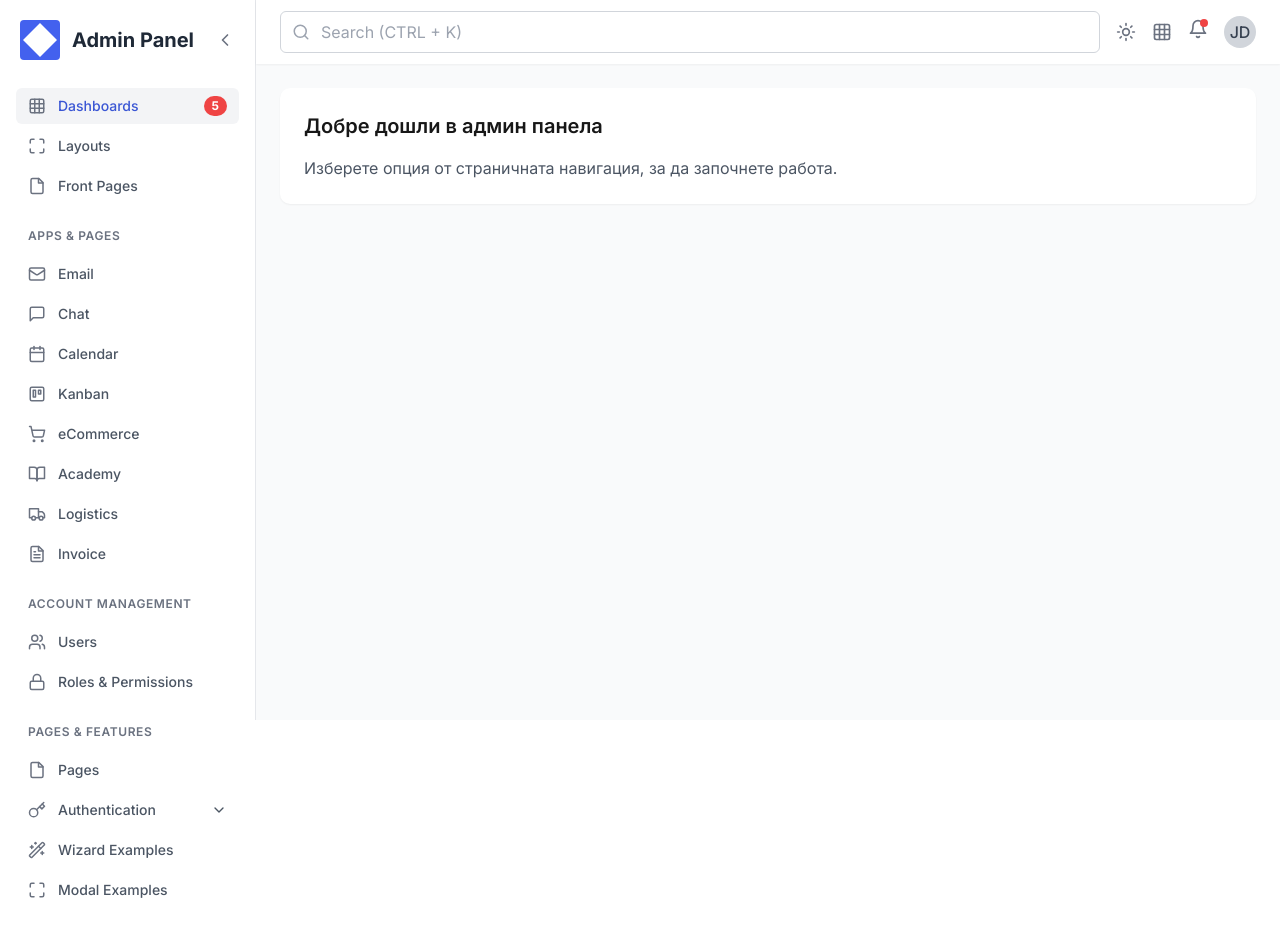
Repository: StoyanStoyanov1/DHS-Team
Page: / (app in dhs-admin-panel/)
The author's editor kept a copy of each file at every save. The page is drawn from the files as they stood at one save, then again after the next save.
The browser window is 1280 px wide. The pictures show the whole page.
The project was rebuilt for these pictures with package versions that can differ from the ones it lists, and the page was loaded fresh each time. The framework's server and built-in components were replaced by stand-ins that run in the browser. Also part of the build but not shown: dhs-admin-panel/next.config.ts.

Above is the page before, as saved 2025-04-23 08:44:20.

### dhs-admin-panel/src/app/layout.tsx
import type { Metadata } from 'next';
import { Inter } from 'next/font/google';
import './globals.css';
import DashboardLayout from './components/Layout';

const inter = Inter({ subsets: ['latin'] });

export const metadata: Metadata = {
    title: 'Admin Dashboard',
    description: 'NextJS Admin Dashboard',
};

export default function RootLayout({
                                       children,
                                   }: {
    children: React.ReactNode
}) {
    return (
        <html lang="en">
        <body className={inter.className}>
        <DashboardLayout>
            {children}
        </DashboardLayout>
        </body>
        </html>
    );
}

### dhs-admin-panel/src/app/globals.css
@tailwind base;
@tailwind components;
@tailwind utilities;

:root {
  --background: #ffffff;
  --foreground: #171717;
}

@theme inline {
  --color-background: var(--background);
  --color-foreground: var(--foreground);
  --font-sans: var(--font-geist-sans);
  --font-mono: var(--font-geist-mono);
}

@media (prefers-color-scheme: dark) {
  :root {
    --background: #0a0a0a;
    --foreground: #ededed;
  }
}

html, body {
  background: var(--background);
  color: var(--foreground);
  font-family: Arial, Helvetica, sans-serif;
  height: 100%;
  width: 100%;
  margin: 0;
  padding: 0;
}

.auth-page-container {
  min-height: 100vh;
  display: flex;
  flex-direction: column;
}

/* Максимална широчина на контейнера за auth страниците */
.auth-page-container > div {
  max-width: 480px;
  width: 100%;
}

/* Адаптивност при по-големи екрани */
@media (min-width: 1280px) {
  .auth-page-container > div {
    max-width: 520px;
  }
}

@media (min-width: 1536px) {
  .auth-page-container > div {
    max-width: 580px;
  }
}

### dhs-admin-panel/src/app/components/Layout.tsx
'use client';

import { useState, ReactNode } from 'react';
import { usePathname } from 'next/navigation';
import Header from './Header';
import Sidebar from './Sidebar';

interface DashboardLayoutProps {
    children: ReactNode;
}

const Layout: React.FC<DashboardLayoutProps> = ({ children }) => {
    const [activeSection, setActiveSection] = useState<string>('dashboards');
    const [isSidebarCollapsed, setIsSidebarCollapsed] = useState(false);
    const pathname = usePathname();

    const isAuthPage = pathname?.startsWith('/auth');

    if (isAuthPage) {
        return <>{children}</>;
    }

    return (
        <div className="flex h-screen bg-gray-50">
            <Sidebar
                activeSection={activeSection}
                setActiveSection={setActiveSection}
                isCollapsed={isSidebarCollapsed}
                toggleCollapse={() => setIsSidebarCollapsed(!isSidebarCollapsed)}
            />

            <div className="flex-1">
                <Header />

                <main className="p-6 mx-auto w-full">
                    <div className="max-w-7xl mx-auto w-full">
                        {children}
                    </div>
                </main>
            </div>
        </div>
    );
};

export default Layout;

### dhs-admin-panel/src/app/components/Header.tsx
'use client';

import React from 'react';
import { Sun, Grid, Bell } from 'lucide-react';
import SearchBar from './SearchBar';

const Header: React.FC = () => {
    return (
        <header className="bg-white shadow-sm h-16 flex items-center px-6">
            <div className="max-w-7xl mx-auto w-full flex items-center">
                <SearchBar />
                <div className="flex items-center space-x-4 ml-4">
                    <button className="text-gray-500 hover:text-gray-700">
                        <Sun size={20} />
                    </button>
                    <button className="text-gray-500 hover:text-gray-700">
                        <Grid size={20} />
                    </button>
                    <div className="relative">
                        <button className="text-gray-500 hover:text-gray-700">
                            <Bell size={20} />
                        </button>
                        <div className="absolute top-0 right-0 w-2 h-2 bg-red-500 rounded-full"></div>
                    </div>
                    <div className="w-8 h-8 rounded-full bg-gray-300 flex items-center justify-center text-gray-700 font-medium">
                        JD
                    </div>
                </div>
            </div>
        </header>
    );
};

export default Header;

### dhs-admin-panel/src/app/components/Sidebar.tsx
'use client';

import React, { useState, useEffect } from 'react';
import {
    Grid,
    Mail,
    MessageSquare,
    Calendar,
    Trello,
    ShoppingCart,
    BookOpen,
    Truck,
    FileText,
    Users,
    Lock,
    File,
    Key,
    Wand2,
    Maximize,
    ChevronLeft,
    ChevronRight,
    LogIn,
    UserPlus,
    ChevronDown,
    ChevronUp
} from 'lucide-react';
import NavItem from './NavItem';
import { useRouter, usePathname } from 'next/navigation';

interface SidebarProps {
    activeSection: string;
    setActiveSection: (section: string) => void;
    isCollapsed: boolean;
    toggleCollapse: () => void;
}

const Sidebar: React.FC<SidebarProps> = ({
    activeSection,
    setActiveSection,
    isCollapsed,
    toggleCollapse
}) => {
    const router = useRouter();
    const pathname = usePathname();
    const [isAuthOpen, setIsAuthOpen] = useState(false);

    // Check if current path is an auth path
    const isAuthPath = pathname?.startsWith('/auth');

    // Effect to auto-open auth submenu when on auth pages
    useEffect(() => {
        if (isAuthPath) {
            setIsAuthOpen(true);
        }
    }, [pathname, isAuthPath]);

    const handleAuthClick = () => {
        setIsAuthOpen(!isAuthOpen);
        if (!isAuthPath) {
            setActiveSection('authentication');
        }
    };

    const handleLoginClick = () => {
        router.push('/auth/login');
    };

    const handleRegisterClick = () => {
        router.push('/auth/register');
    };

    return (
        <div className={`bg-white border-r border-gray-200 transition-all duration-300 ${isCollapsed ? 'w-20' : 'w-64'}`}>
            {/* Logo and Title */}
            <div className="flex items-center justify-between p-5">
                <div className="flex items-center">
                    <div className="h-10 w-10 rounded bg-blue-500 flex items-center justify-center">
                        <div className="w-6 h-6 bg-white transform rotate-45"></div>
                    </div>
                    {!isCollapsed && (
                        <span className="ml-3 text-xl font-bold text-gray-800">Admin Panel</span>
                    )}
                </div>
                <button
                    onClick={toggleCollapse}
                    className="text-gray-500 hover:text-gray-700"
                >
                    {isCollapsed ? <ChevronRight size={20} /> : <ChevronLeft size={20} />}
                </button>
            </div>

            {/* Navigation */}
            <div className="px-4 py-2">
                <div className="mb-6">
                    <NavItem
                        icon={<Grid size={18} />}
                        label="Dashboards"
                        badge="5"
                        active={activeSection === 'dashboards'}
                        onClick={() => setActiveSection('dashboards')}
                        isCollapsed={isCollapsed}
                    />
                    <NavItem
                        icon={<Maximize size={18} />}
                        label="Layouts"
                        active={activeSection === 'layouts'}
                        onClick={() => setActiveSection('layouts')}
                        isCollapsed={isCollapsed}
                    />
                    <NavItem
                        icon={<File size={18} />}
                        label="Front Pages"
                        active={activeSection === 'frontpages'}
                        onClick={() => setActiveSection('frontpages')}
                        isCollapsed={isCollapsed}
                    />
                </div>

                <div className="mb-6">
                    {!isCollapsed && (
                        <div className="text-xs font-semibold text-gray-500 tracking-wider mb-3 px-3">
                            APPS & PAGES
                        </div>
                    )}
                    <NavItem
                        icon={<Mail size={18} />}
                        label="Email"
                        active={activeSection === 'email'}
                        onClick={() => setActiveSection('email')}
                        isCollapsed={isCollapsed}
                    />
                    <NavItem
                        icon={<MessageSquare size={18} />}
                        label="Chat"
                        active={activeSection === 'chat'}
                        onClick={() => setActiveSection('chat')}
                        isCollapsed={isCollapsed}
                    />
                    <NavItem
                        icon={<Calendar size={18} />}
                        label="Calendar"
                        active={activeSection === 'calendar'}
                        onClick={() => setActiveSection('calendar')}
                        isCollapsed={isCollapsed}
                    />
                    <NavItem
                        icon={<Trello size={18} />}
                        label="Kanban"
                        active={activeSection === 'kanban'}
                        onClick={() => setActiveSection('kanban')}
                        isCollapsed={isCollapsed}
                    />
                    <NavItem
                        icon={<ShoppingCart size={18} />}
                        label="eCommerce"
                        active={activeSection === 'ecommerce'}
                        onClick={() => setActiveSection('ecommerce')}
                        isCollapsed={isCollapsed}
                    />
                    <NavItem
                        icon={<BookOpen size={18} />}
                        label="Academy"
                        active={activeSection === 'academy'}
                        onClick={() => setActiveSection('academy')}
                        isCollapsed={isCollapsed}
                    />
                    <NavItem
                        icon={<Truck size={18} />}
                        label="Logistics"
                        active={activeSection === 'logistics'}
                        onClick={() => setActiveSection('logistics')}
                        isCollapsed={isCollapsed}
                    />
                    <NavItem
                        icon={<FileText size={18} />}
                        label="Invoice"
                        active={activeSection === 'invoice'}
                        onClick={() => setActiveSection('invoice')}
                        isCollapsed={isCollapsed}
                    />
                </div>

                <div className="mb-6">
                    {!isCollapsed && (
                        <div className="text-xs font-semibold text-gray-500 tracking-wider mb-3 px-3">
                            ACCOUNT MANAGEMENT
                        </div>
                    )}
                    <NavItem
                        icon={<Users size={18} />}
                        label="Users"
                        active={activeSection === 'users'}
                        onClick={() => setActiveSection('users')}
                        isCollapsed={isCollapsed}
                    />
                    <NavItem
                        icon={<Lock size={18} />}
                        label="Roles & Permissions"
                        active={activeSection === 'roles'}
                        onClick={() => setActiveSection('roles')}
                        isCollapsed={isCollapsed}
                    />
                </div>

                <div className="mb-6">
                    {!isCollapsed && (
                        <div className="text-xs font-semibold text-gray-500 tracking-wider mb-3 px-3">
                            PAGES & FEATURES
                        </div>
                    )}
                    <NavItem
                        icon={<File size={18} />}
                        label="Pages"
                        active={activeSection === 'pages'}
                        onClick={() => setActiveSection('pages')}
                        isCollapsed={isCollapsed}
                    />
                    <div className="relative">
                        <div
                            className={`flex items-center px-3 py-2 rounded-md cursor-pointer mb-1 ${isAuthPath || activeSection === 'authentication' ? 'bg-gray-100 text-blue-600' : 'text-gray-600 hover:bg-gray-50'}`}
                            onClick={handleAuthClick}
                        >
                            <div className="text-gray-500"><Key size={18} /></div>
                            {!isCollapsed && (
                                <>
                                    <span className="ml-3 text-sm font-medium">Authentication</span>
                                    <div className="ml-auto">
                                        {isAuthOpen ? <ChevronUp size={16} /> : <ChevronDown size={16} />}
                                    </div>
                                </>
                            )}
                        </div>
                        {!isCollapsed && isAuthOpen && (
                            <div className="ml-4 mt-1 space-y-1">
                                <button
                                    onClick={handleLoginClick}
                                    className={`flex items-center w-full px-3 py-2 text-sm rounded-md ${pathname === '/auth/login' ? 'bg-blue-50 text-blue-600' : 'text-gray-600 hover:bg-gray-50'}`}
                                >
                                    <LogIn size={16} className="mr-2" />
                                    Login
                                </button>
                                <button
                                    onClick={handleRegisterClick}
                                    className={`flex items-center w-full px-3 py-2 text-sm rounded-md ${pathname === '/auth/register' ? 'bg-blue-50 text-blue-600' : 'text-gray-600 hover:bg-gray-50'}`}
                                >
                                    <UserPlus size={16} className="mr-2" />
                                    Register
                                </button>
                            </div>
                        )}
                    </div>
                    <NavItem
                        icon={<Wand2 size={18} />}
                        label="Wizard Examples"
                        active={activeSection === 'wizard'}
                        onClick={() => setActiveSection('wizard')}
                        isCollapsed={isCollapsed}
                    />
                    <NavItem
                        icon={<Maximize size={18} />}
                        label="Modal Examples"
                        active={activeSection === 'modal'}
                        onClick={() => setActiveSection('modal')}
                        isCollapsed={isCollapsed}
                    />
                </div>
            </div>
        </div>
    );
};

export default Sidebar;

### dhs-admin-panel/src/app/components/SearchBar.tsx
'use client';

import React from 'react';
import { Search } from 'lucide-react';

const SearchBar: React.FC = () => {
    return (
        <div className="flex-1 relative">
        <div className="absolute inset-y-0 left-0 pl-3 flex items-center pointer-events-none">
        <Search size={18} className="text-gray-400" />
        </div>
        <input
    type="text"
    placeholder="Search (CTRL + K)"
    className="w-full pl-10 pr-4 py-2 border border-gray-300 rounded-md focus:outline-none focus:ring-1 focus:ring-blue-500 focus:border-blue-500"
        />
        </div>
);
};

export default SearchBar;

### dhs-admin-panel/src/app/components/NavItem.tsx
'use client';

import React, { ReactNode } from 'react';

interface NavItemProps {
    icon: ReactNode;
    label: string;
    badge?: string;
    active: boolean;
    onClick: () => void;
    isCollapsed: boolean;
}

const NavItem: React.FC<NavItemProps> = ({
    icon,
    label,
    badge,
    active,
    onClick,
    isCollapsed
}) => {
    return (
        <div
            className={`flex items-center px-3 py-2 rounded-md cursor-pointer mb-1 ${active ? 'bg-gray-100 text-blue-600' : 'text-gray-600 hover:bg-gray-50'}`}
            onClick={onClick}
            title={isCollapsed ? label : undefined}
        >
            <div className="text-gray-500">{icon}</div>
            {!isCollapsed && (
                <>
                    <span className="ml-3 text-sm font-medium">{label}</span>
                    {badge && (
                        <div className="ml-auto bg-red-500 text-white text-xs font-bold px-2 py-0.5 rounded-full">
                            {badge}
                        </div>
                    )}
                </>
            )}
        </div>
    );
};

export default NavItem;

### dhs-admin-panel/tailwind.config.js
/** @type {import('tailwindcss').Config} */
module.exports = {
    content: [
        './src/components/**/*.{js,ts,jsx,tsx,mdx}',
        './src/app/**/*.{js,ts,jsx,tsx,mdx}',
    ],
    theme: {
        extend: {
            colors: {
                blue: {
                    50: '#eff6ff',
                    100: '#dbeafe',
                    200: '#bfdbfe',
                    300: '#93c5fd',
                    400: '#60a5fa',
                    500: '#4361ee',
                    600: '#3a56d4',
                    700: '#1d4ed8',
                    800: '#1e40af',
                    900: '#1e3a8a',
                    950: '#172554',
                },
                gray: {
                    50: '#f9fafb',
                    100: '#f3f4f6',
                    200: '#e5e7eb',
                    300: '#d1d5db',
                    400: '#9ca3af',
                    500: '#6b7280',
                    600: '#4b5563',
                    700: '#374151',
                    800: '#1f2937',
                    900: '#111827',
                    950: '#030712',
                },
                purple: {
                    50: '#faf5ff',
                    100: '#f3e8ff',
                    500: '#8b5cf6',
                    600: '#7c3aed',
                },
                green: {
                    50: '#f0fdf4',
                    100: '#dcfce7',
                    500: '#22c55e',
                    600: '#16a34a',
                },
                red: {
                    50: '#fef2f2',
                    100: '#fee2e2',
                    500: '#ef4444',
                    600: '#dc2626',
                },
                yellow: {
                    50: '#fffbeb',
                    100: '#fef3c7',
                    500: '#eab308',
                    600: '#ca8a04',
                },
            },
            boxShadow: {
                'sm': '0 1px 2px 0 rgba(0, 0, 0, 0.05)',
                'DEFAULT': '0 1px 3px 0 rgba(0, 0, 0, 0.1), 0 1px 2px 0 rgba(0, 0, 0, 0.06)',
                'md': '0 4px 6px -1px rgba(0, 0, 0, 0.1), 0 2px 4px -1px rgba(0, 0, 0, 0.06)',
                'lg': '0 10px 15px -3px rgba(0, 0, 0, 0.1), 0 4px 6px -2px rgba(0, 0, 0, 0.05)',
                'xl': '0 20px 25px -5px rgba(0, 0, 0, 0.1), 0 10px 10px -5px rgba(0, 0, 0, 0.04)',
            },
            borderRadius: {
                'lg': '0.625rem',
                'xl': '0.75rem',
                '2xl': '1rem',
            },
            animation: {
                'fade-in': 'fade-in 0.3s ease-in-out',
                'slide-in': 'slide-in 0.3s ease-in-out',
            },
            keyframes: {
                'fade-in': {
                    '0%': { opacity: '0' },
                    '100%': { opacity: '1' },
                },
                'slide-in': {
                    '0%': { transform: 'translateX(-10px)', opacity: '0' },
                    '100%': { transform: 'translateX(0)', opacity: '1' },
                },
            },
            transitionDuration: {
                '400': '400ms',
            }
        },
    },
    plugins: [],
}

Loaded but not shown: dhs-admin-panel/src/app/page.tsx (common file)

After the next save:
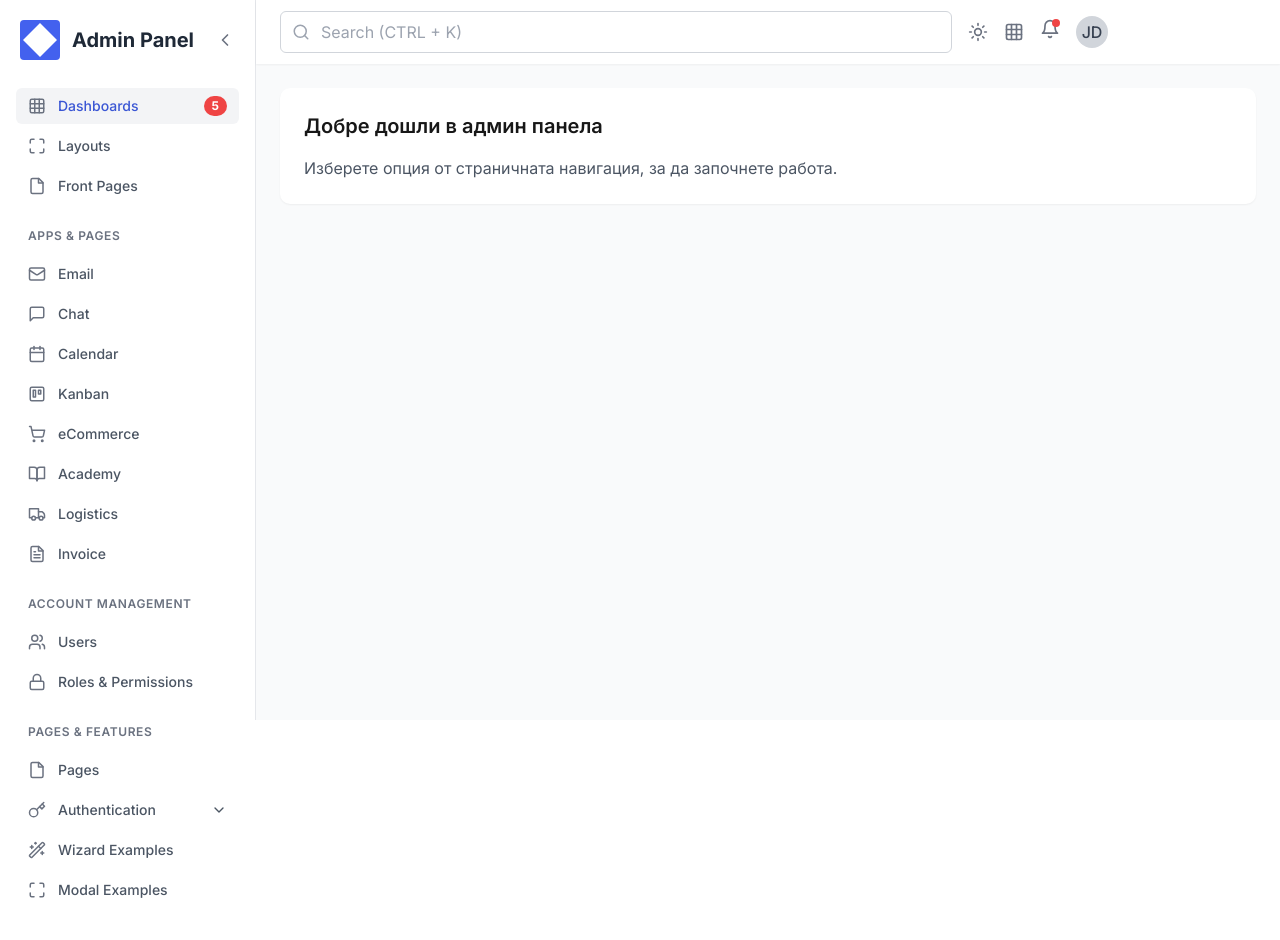
Saved 9 s later.
--- a/dhs-admin-panel/src/app/components/SearchBar.tsx
+++ b/dhs-admin-panel/src/app/components/SearchBar.tsx
@@ -5,17 +5,17 @@ import { Search } from 'lucide-react';
 
 const SearchBar: React.FC = () => {
     return (
-        <div className="flex-1 relative">
-        <div className="absolute inset-y-0 left-0 pl-3 flex items-center pointer-events-none">
-        <Search size={18} className="text-gray-400" />
+        <div className="flex-1 relative max-w-2xl">
+            <div className="absolute inset-y-0 left-0 pl-3 flex items-center pointer-events-none">
+                <Search size={18} className="text-gray-400" />
+            </div>
+            <input
+                type="text"
+                placeholder="Search (CTRL + K)"
+                className="w-full pl-10 pr-4 py-2 border border-gray-300 rounded-md focus:outline-none focus:ring-1 focus:ring-blue-500 focus:border-blue-500"
+            />
         </div>
-        <input
-    type="text"
-    placeholder="Search (CTRL + K)"
-    className="w-full pl-10 pr-4 py-2 border border-gray-300 rounded-md focus:outline-none focus:ring-1 focus:ring-blue-500 focus:border-blue-500"
-        />
-        </div>
-);
+    );
 };
 
 export default SearchBar;
